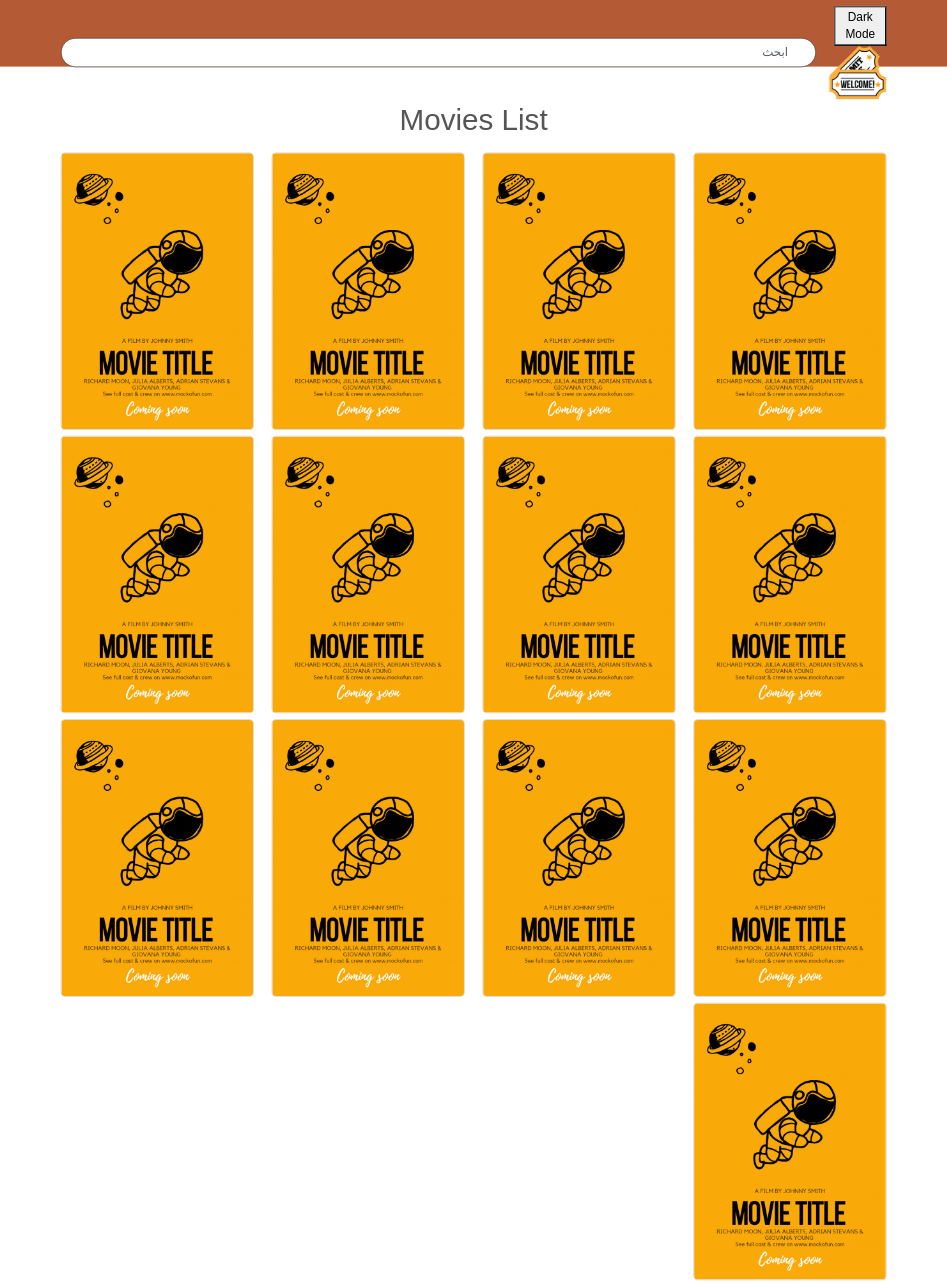
Repository: kerlos-alfy/Movie-List
Page: /
An editor plug-in stored every save of this project. The page is shown before and after the next save, followed by the edit.
The browser window is 1280 px wide. The pictures show the whole page, at 74% of full size.
The page's requests for data from a server got no answer. The project was rebuilt for these pictures with package versions that can differ from the ones it lists, and the page was loaded fresh each time. No one was signed in, and anything a server would have sent is missing. Also part of the build but not shown: vite.config.js, src/App.css.

Above is the page before, as saved 2025-01-16 01:21:39.

### index.html
<!DOCTYPE html>
<html lang="ar" dir="rtl">
	<head>
		<meta charset="UTF-8" />
		<link rel="icon" type="image/svg+xml" href="https://www.svgrepo.com/show/289436/movies-clapperboard.svg" />
		<link
			rel="stylesheet"
			href="https://cdn.jsdelivr.net/npm/bootstrap@5.3.3/dist/css/bootstrap.min.css"
			integrity="sha384-QWTKZyjpPEjISv5WaRU9OFeRpok6YctnYmDr5pNlyT2bRjXh0JMhjY6hW+ALEwIH"
			crossorigin="anonymous" />
		<meta name="viewport" content="width=device-width, initial-scale=1.0" />
		<title>Movies List</title>
	</head>
	<body>
		<div id="root"></div>
		<script type="module" src="/src/main.jsx"></script>
	</body>
</html>

### src/index.css
/* المتغيرات العامة */
:root {
	--background-color: white;
	--text-color: #555555;
	--primary-color: #b45b35;
	--card-background: #f8f8f8;
	--overlay-background: #393839;
}

/* الوضع الداكن */
.dark-mode {
	--background-color: #121212;
	--text-color: #f0f0f0;
	--primary-color: #ff6f61;
	--card-background: #1e1e1e;
	--overlay-background: #333333;
}

/* أنماط عامة */
body {
	margin: 0;
	background-color: var(--background-color);
	color: var(--text-color);
}

.color-body {
	background-color: var(--background-color);
	height: 100vh;
}

.nav-style {
	height: 90px;
	width: 1440px;
	background-color: var(--primary-color);
}

.logo {
	height: 72px;
	width: 78px;
}

.search {
	position: relative;
}

.search input {
	height: 40px;
	text-indent: 25px;
	border-radius: 20px;
	border: 1px solid var(--text-color);
	background-color: var(--background-color);
	color: var(--text-color);
}

.search input:focus {
	box-shadow: none;
	border: 2px solid var(--primary-color);
}

.search .fa-search {
	position: absolute;
	top: 12px;
	left: 16px;
	color: var(--text-color);
}

.card {
	position: relative;
	transition: all 0.5s ease-in;
	cursor: pointer;
	height: 375px;
}

.card__image {
	display: block;
	width: 100%;
	height: 100%;
	border-radius: 5px;
}

.card__overlay {
	position: absolute;
	top: 0;
	bottom: 0;
	left: 0;
	right: 0;
	height: 100%;
	width: 100%;
	opacity: 0;
	visibility: none;
	transition: 0.5s ease;
	background-color: var(--overlay-background);
}

.card:hover .card__overlay {
	opacity: 0.8;
}

.overlay__text {
	color: var(--text-color);
	font-size: 16px;
	font-weight: bold;
	position: absolute;
	top: 50%;
	left: 50%;
	-webkit-transform: translate(-50%, -50%);
	-ms-transform: translate(-50%, -50%);
	transform: translate(-50%, -50%);
}

.font {
	font-family: "Almarai", sans-serif;
	font-family: "Cairo", sans-serif;
}

.color {
	color: var(--primary-color);
	background-color: var(--primary-color);
}

.card-detalis {
	height: 370px;
	border-radius: 20px;
	background-color: var(--card-background);
}

.card-story {
	height: 300px;
	border-radius: 20px;
	background-color: var(--card-background);
}

.img-movie {
	height: 360px;
	padding: 10px;
	border-radius: 20px;
}

.card-text-details {
	color: var(--text-color);
	font-family: Almarai;
	font-size: 28px;
	font-weight: bold;
	letter-spacing: 0;
	line-height: 49px;
}

.card-text-story {
	color: var(--text-color);
	font-family: Almarai;
	font-size: 18px;
	letter-spacing: 0;
	line-height: 32px;
}

.card-text-title {
	color: var(--text-color);
	font-family: Almarai;
	font-size: 36px;
	font-weight: bold;
	letter-spacing: 0;
	line-height: 49px;
}

.toggle-btn {
	position: relative;
	width: 60px;
	height: 30px;
	background-color: var(--primary-color);
	border-radius: 15px;
	cursor: pointer;
	transition: background-color 0.3s ease-in-out;
	display: flex;
	align-items: center;
	padding: 5px;
	box-shadow: 0 4px 6px rgba(0, 0, 0, 0.2);
}

.toggle-btn::before {
	content: "";
	position: absolute;
	top: 50%;
	left: 5px;
	width: 20px;
	height: 20px;
	background-color: #fff;
	border-radius: 50%;
	transform: translateY(-50%);
	transition: all 0.3s ease-in-out;
	box-shadow: 0 2px 4px rgba(0, 0, 0, 0.3);
}

.toggle-btn.dark {
	background-color: #555;
}

.toggle-btn.dark::before {
	left: 35px;
}

### src/App.jsx
import "./App.css";
import { Container } from "react-bootstrap";
import NavBar from "./components/NavBar";
import MoviesList from "./components/MoviesList";
import axios from "axios";
function App() {
	const getAllMovies = async () => {
		const res = await axios.get("https://api.themoviedb.org/3/movie/popular?api_key=3ac2c05f95f92e69875f1b70453ca0cd&language=ar&page=1");
		console.log(res);
	};
	getAllMovies();
	return (
		<div className="font color-body">
			<NavBar />
			<Container>
				<h1 className="text-center mt-5">Movies List</h1>
				<MoviesList />
			</Container>
		</div>
	);
}

export default App;

### src/components/NavBar.jsx
import { Container, Row, Col } from "react-bootstrap";
import DarkModeToggle from "./DarkModeToggle";
function NavBar() {
	return (
		<div className="nav-style w-100">
			<Container>
				<Row className="pt-2 ">
					<Col xs="2" lg="1">
						<DarkModeToggle />
						<a href="/">
							<img className="logo" src="logo.png" alt="dfs" />
						</a>
					</Col>
					<Col xs="10" lg="11" className=" d-flex align-items-center">
						<div className="search  w-100">
							<i className="fa fa-search"></i>
							<input type="text" className="form-control" placeholder="ابحث" />
						</div>
					</Col>
				</Row>
			</Container>
		</div>
	);
}

export default NavBar;

### src/components/MoviesList.jsx
import { Row } from "react-bootstrap";
import CardMovie from "./CardMovie";
function MoviesList() {
	return (
		<Row className="mt-3">
			<CardMovie />
			<CardMovie />
			<CardMovie />
			<CardMovie />
			<CardMovie />
			<CardMovie />
			<CardMovie />
			<CardMovie />
			<CardMovie />
			<CardMovie />
			<CardMovie />
			<CardMovie />
			<CardMovie />
		</Row>
	);
}

export default MoviesList;

### src/components/DarkModeToggle.jsx
import { useState, useEffect } from "react";
function DarkModeToggle() {
	const [isDarkMode, setIsDarkMode] = useState(() => {
		return localStorage.getItem("dark-mode") === "true" || false;
	});

	useEffect(() => {
		if (isDarkMode) {
			document.body.classList.add("dark-mode");
		} else {
			document.body.classList.remove("dark-mode");
		}
		localStorage.setItem("dark-mode", isDarkMode);
	}, [isDarkMode]);

	return <button onClick={() => setIsDarkMode(!isDarkMode)}>{isDarkMode ? "Light Mode" : "Dark Mode"}</button>;
}

export default DarkModeToggle;

### src/components/CardMovie.jsx
import { Col } from "react-bootstrap";

function CardMovie() {
	return (
		<Col xs="6" sm="6" md="4" lg="3" className="my-1">
			<div className="card">
				<img className="card__image" src="prof.jpg" alt="hu" />
				<div className="card__overlay">
					<div className="overlay__text text-center w-100 p-2">
						<p>اسم الفيلم : </p>
						<p>تاريخ الاصدار:</p>
						<p>عدد المقيمين: </p>
						<p>التقييم: </p>
					</div>
				</div>
			</div>
		</Col>
	);
}

export default CardMovie;

Loaded but not shown: src/main.jsx (common file)

After the next save:
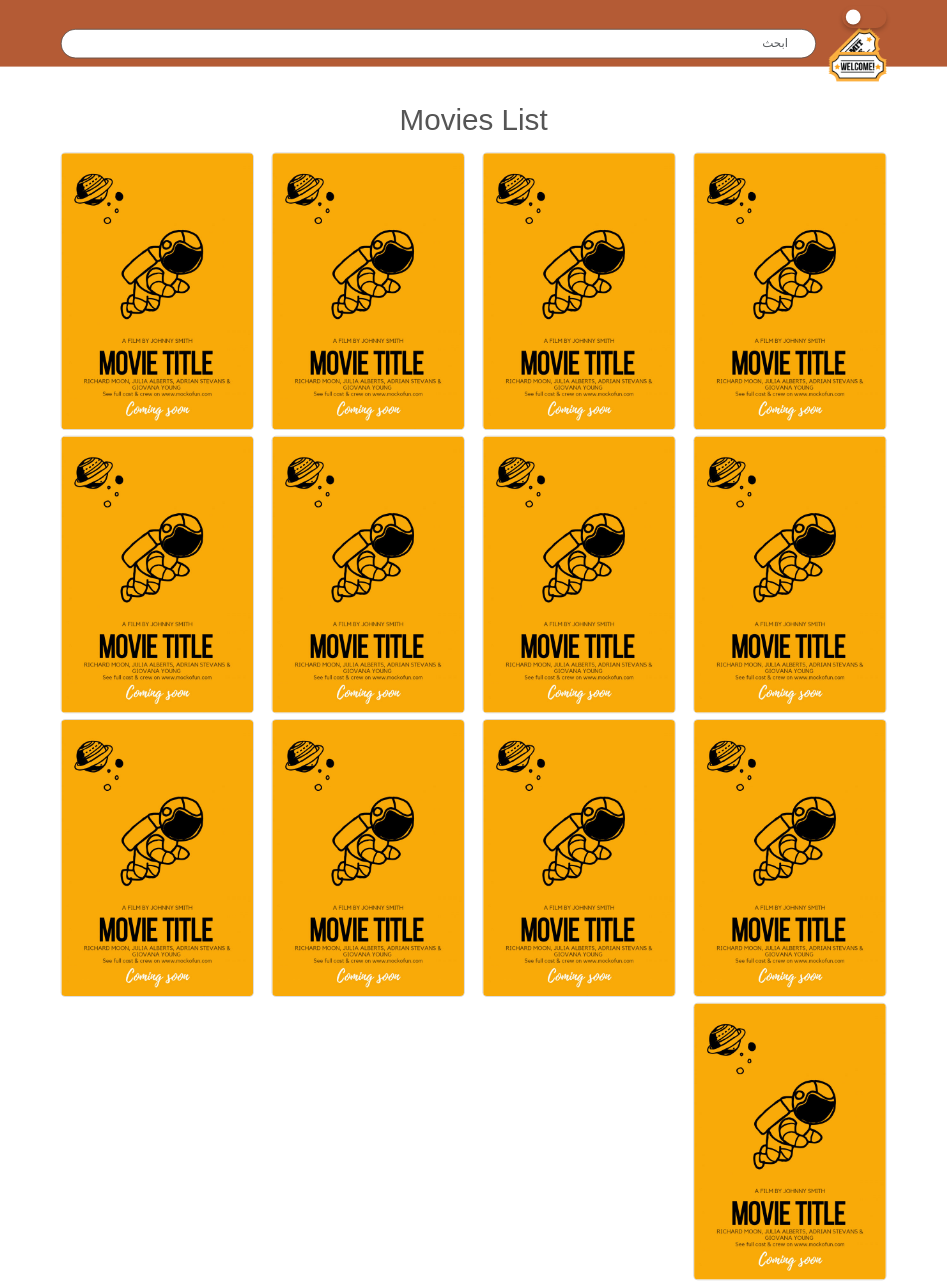
Saved 26 s later.
--- a/src/components/DarkModeToggle.jsx
+++ b/src/components/DarkModeToggle.jsx
@@ -13,7 +13,7 @@ function DarkModeToggle() {
 		localStorage.setItem("dark-mode", isDarkMode);
 	}, [isDarkMode]);
 
-	return <button onClick={() => setIsDarkMode(!isDarkMode)}>{isDarkMode ? "Light Mode" : "Dark Mode"}</button>;
+	return <div className={`toggle-btn ${isDarkMode ? "dark" : ""}`} onClick={() => setIsDarkMode(!isDarkMode)}></div>;
 }
 
 export default DarkModeToggle;
